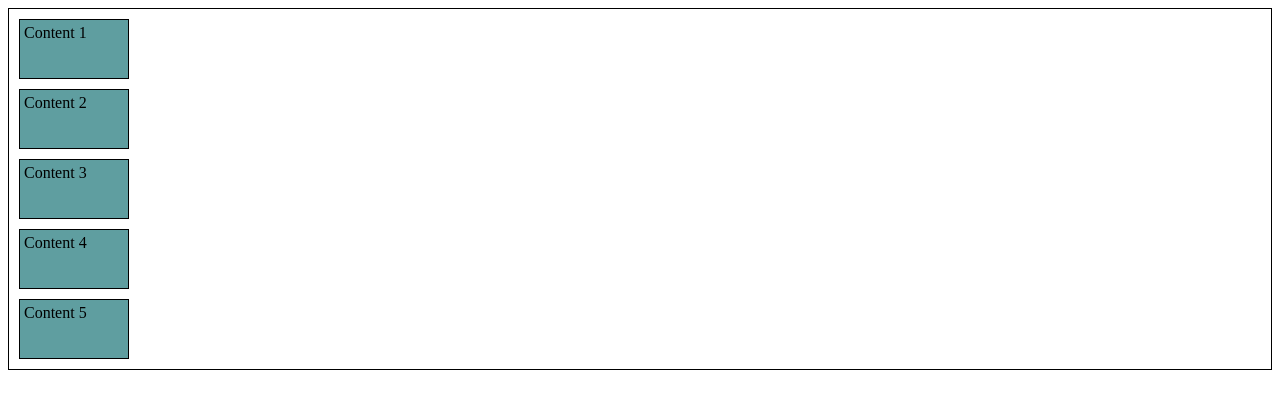
Repository: sammkrt/saltPrecourse
Page: css-trainingGround/cssPositioning.html
The author's editor kept a copy of each file at every save. The page is drawn from the files as they stood at one save, then again after the next save.
The browser window is 1280 px wide. The pictures show the whole page.

Above is the page before, as saved 2022-12-22 10:49:11.

### css-trainingGround/cssPositioning.html
<!DOCTYPE html>
<html lang="en">
<head>
    <title>Css Positioning</title>
    <style>
        main {
            border: 1px solid black;
        }
        div {
            background-color: cadetblue;
            width: 100px;
            height: 50px;
            margin: 10px;
            padding: 4px;
            border: 1px solid black;
        }
        .relativePositioning {
            position: relative;
        }
    </style>
</head>
<body>
    <main>
        <div>Content 1</div>
        <div class="relativePositioning">Content 2</div>
        <div>Content 3</div>
        <div>Content 4</div>
        <div>Content 5</div>
    </main>
</body>
</html>

After the next save:
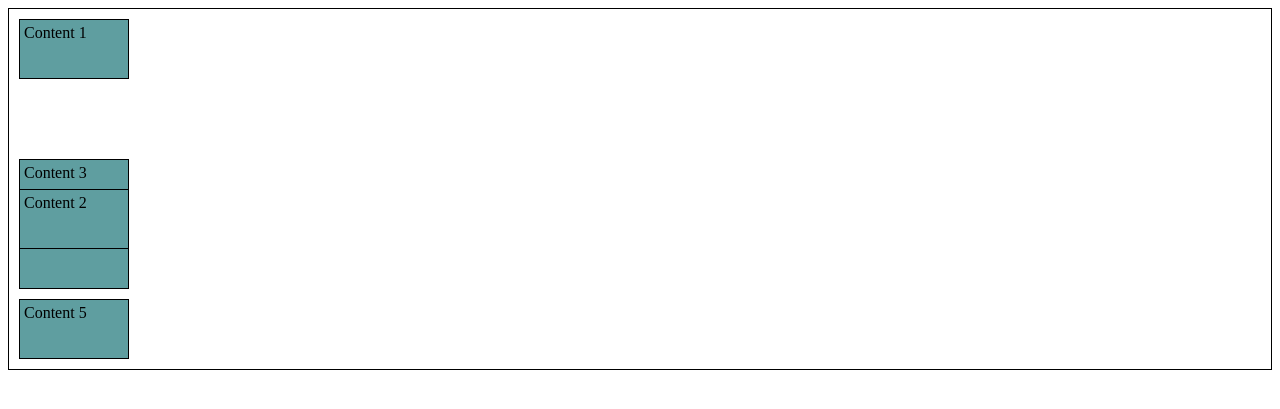
Saved 31 s later.
--- a/css-trainingGround/cssPositioning.html
+++ b/css-trainingGround/cssPositioning.html
@@ -16,6 +16,7 @@
         }
         .relativePositioning {
             position: relative;
+            top: 100px;
         }
     </style>
 </head>

After the save that followed:
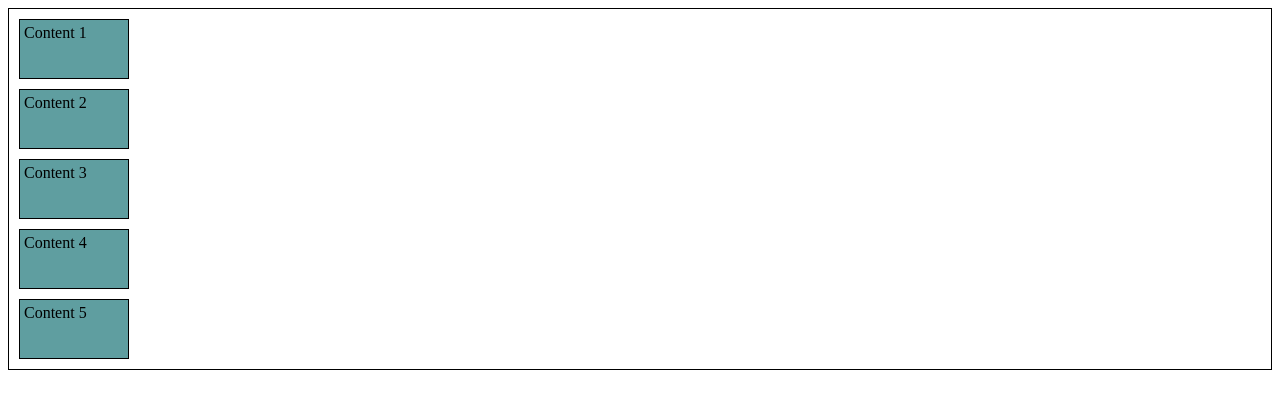
Saved 30 s later.
--- a/css-trainingGround/cssPositioning.html
+++ b/css-trainingGround/cssPositioning.html
@@ -16,7 +16,8 @@
         }
         .relativePositioning {
             position: relative;
-            top: 100px;
+            top: 0px;
+            left: 0px;
         }
     </style>
 </head>
